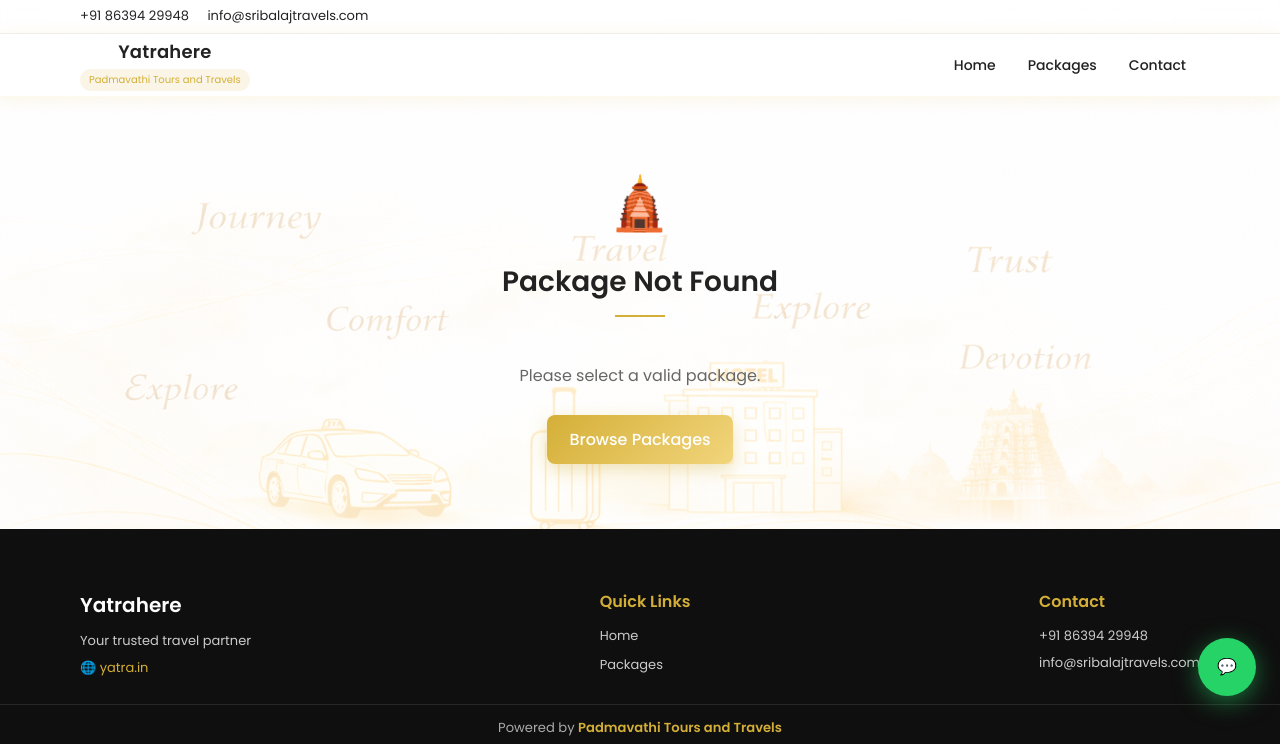
Repository: heytirupati/Bookingweb
Page: package.html
These files come from the project's save history. The page is drawn as it stood at one moment and after the next save; the edit follows.
The browser window is 1280 px wide. The pictures show the whole page.
Backgrounds fixed to the window are drawn as part of the page. Some web fonts or font styles are not loaded; a fallback is used.

Above is the page before, as saved 2026-04-29 09:08:51.

After the next save:
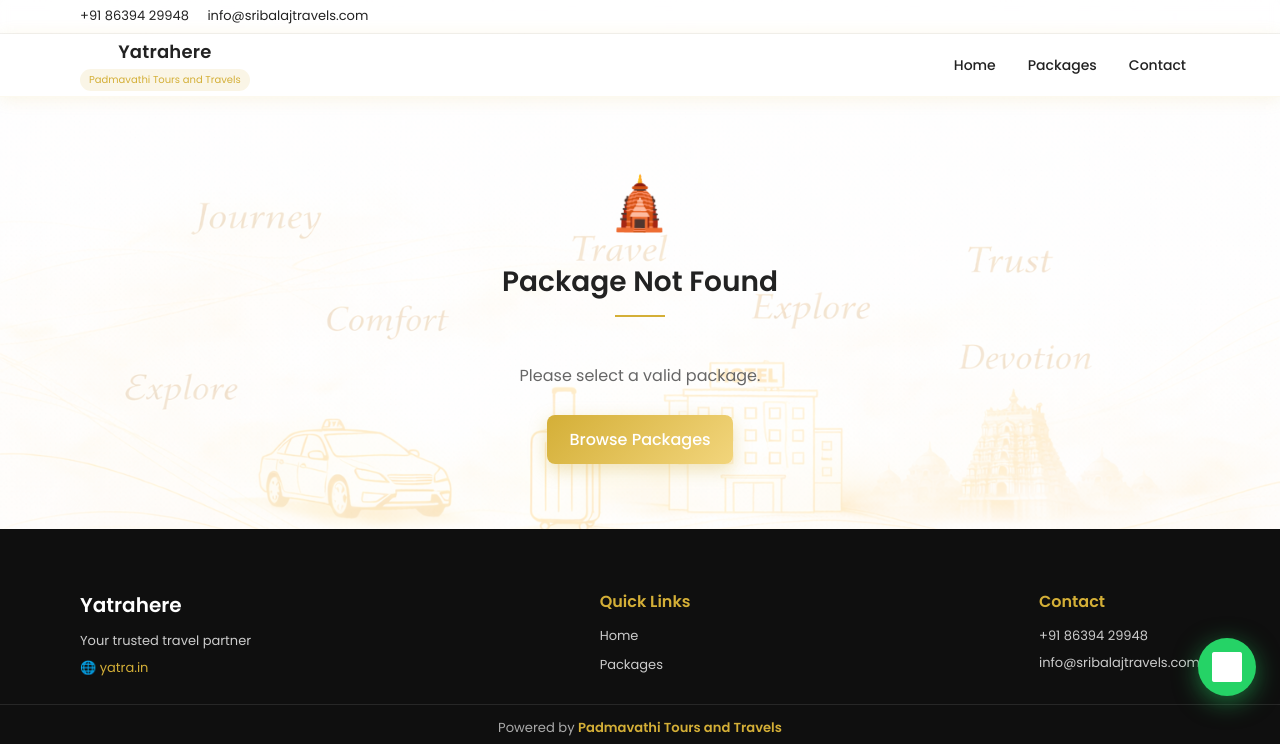
Saved 39 s later.
--- a/package.html
+++ b/package.html
@@ -76,7 +76,9 @@
 </section>
 
 <!-- WHATSAPP -->
-<a href="https://wa.me/918639429948" class="whatsapp-float" target="_blank">💬</a>
+<a href="https://wa.me/918639429948" class="whatsapp-float" target="_blank" aria-label="Chat on WhatsApp">
+    <img src="images/whatsapplogo.png" alt="WhatsApp">
+</a>
 
 <!-- FOOTER -->
 <footer class="footer" id="contact">
